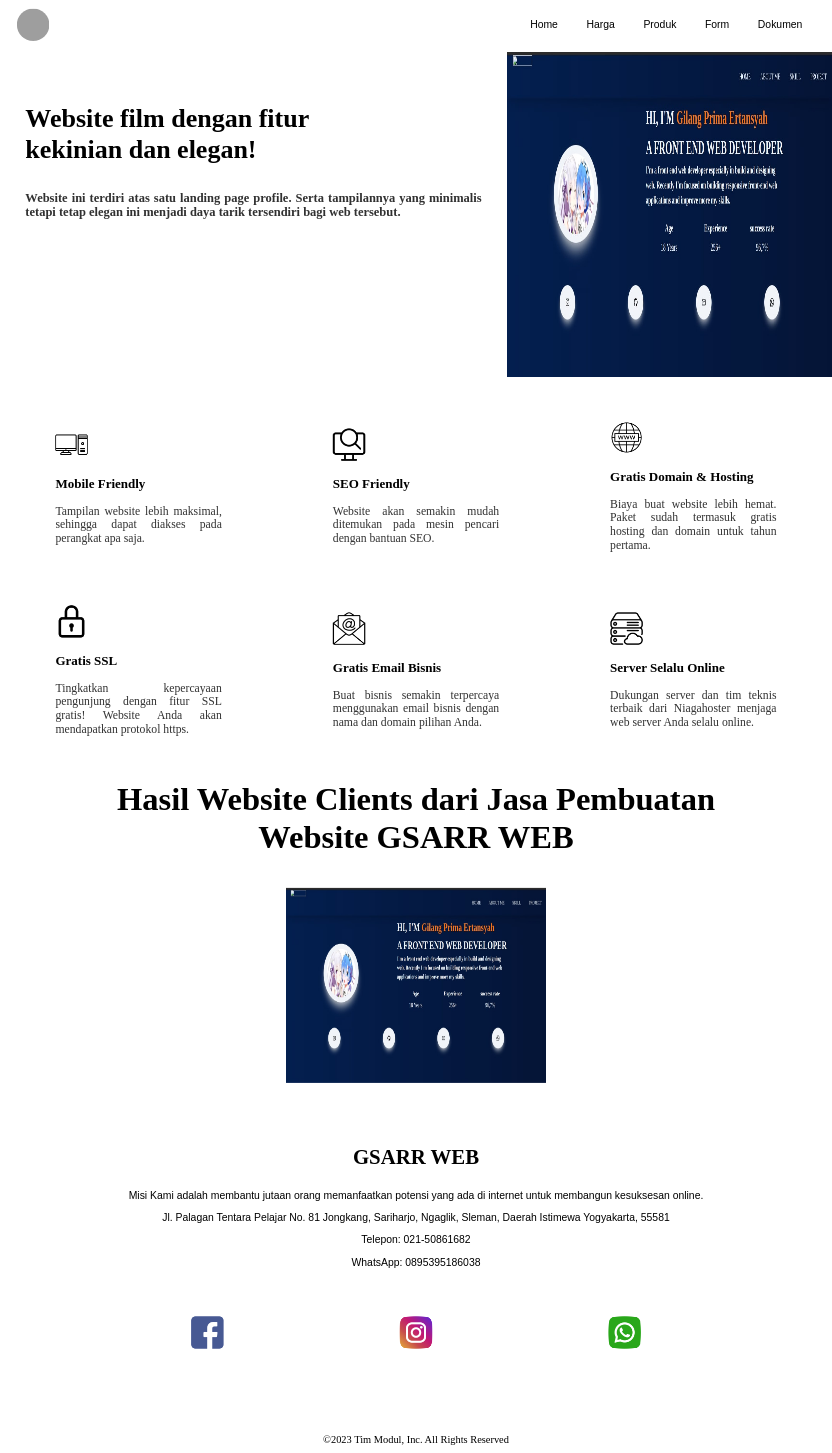
Repository: zecht12/TimModul
Page: JenisWeb/Web5.html
An editor plug-in stored every save of this project. The page is shown before and after a run of saves, followed by the edit.
The browser window is 1280 px wide. The pictures show the whole page, at 65% of full size.
Pictures or frames that could not be fetched are drawn as grey boxes.

Above is the page before, as saved 2023-04-26 15:18:47.

After the next 2 saves:
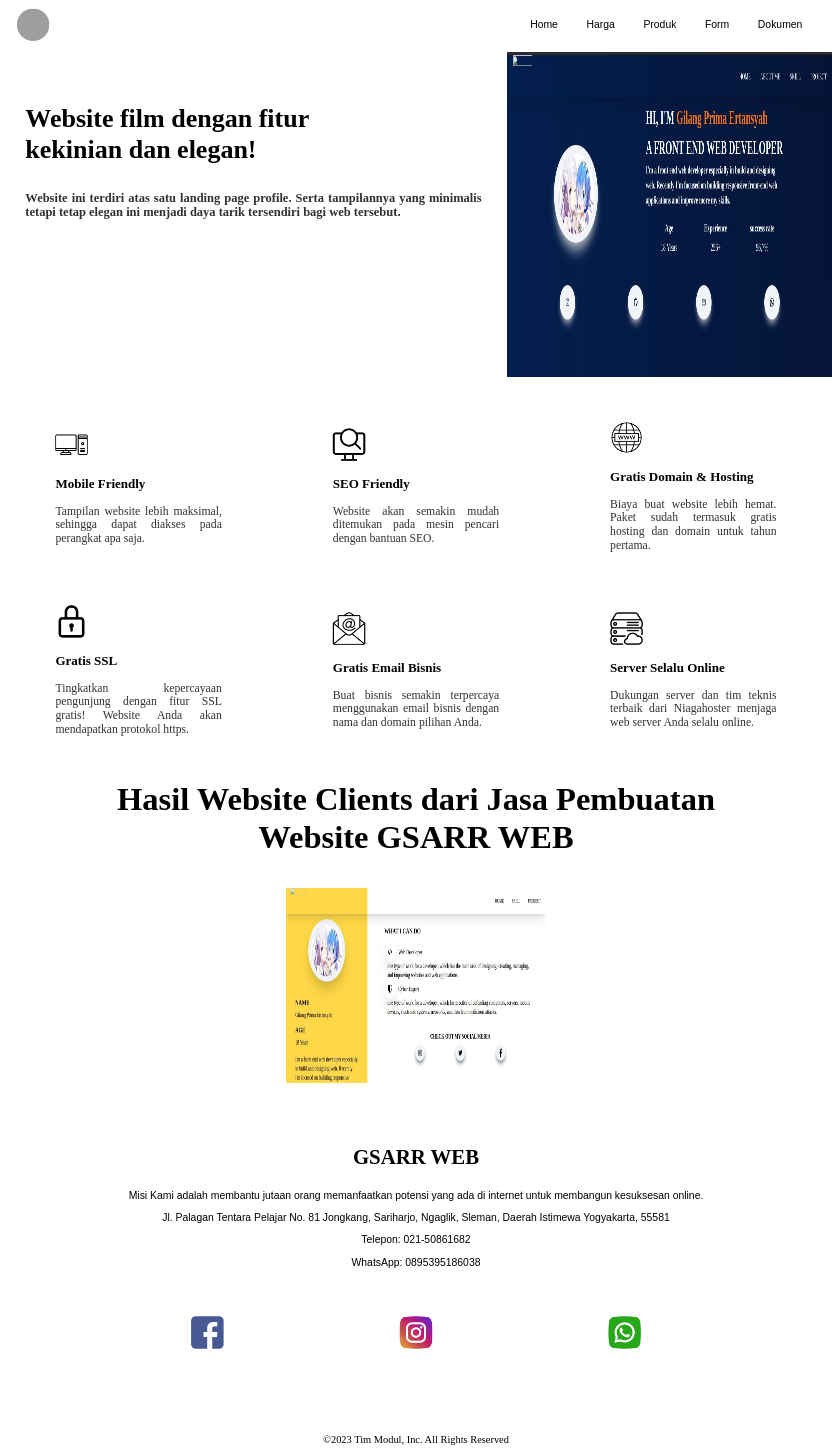
The 2 saves are shown as one change because they came seconds apart.
The last was saved 8 s later.
--- a/JenisWeb/Web5.html
+++ b/JenisWeb/Web5.html
@@ -87,7 +87,7 @@
             </div>
             <div style="display: flex; justify-content: space-around; align-items: center;">
                 <div style="display: flex; justify-content: center; align-items: center;">
-                    <img src="../assets/web3.jpg" alt="logo" width="400px" height="300px">
+                    <img src="../assets/web5.jpg" alt="logo" width="400px" height="300px">
                 </div>
             </div>
         </div>
